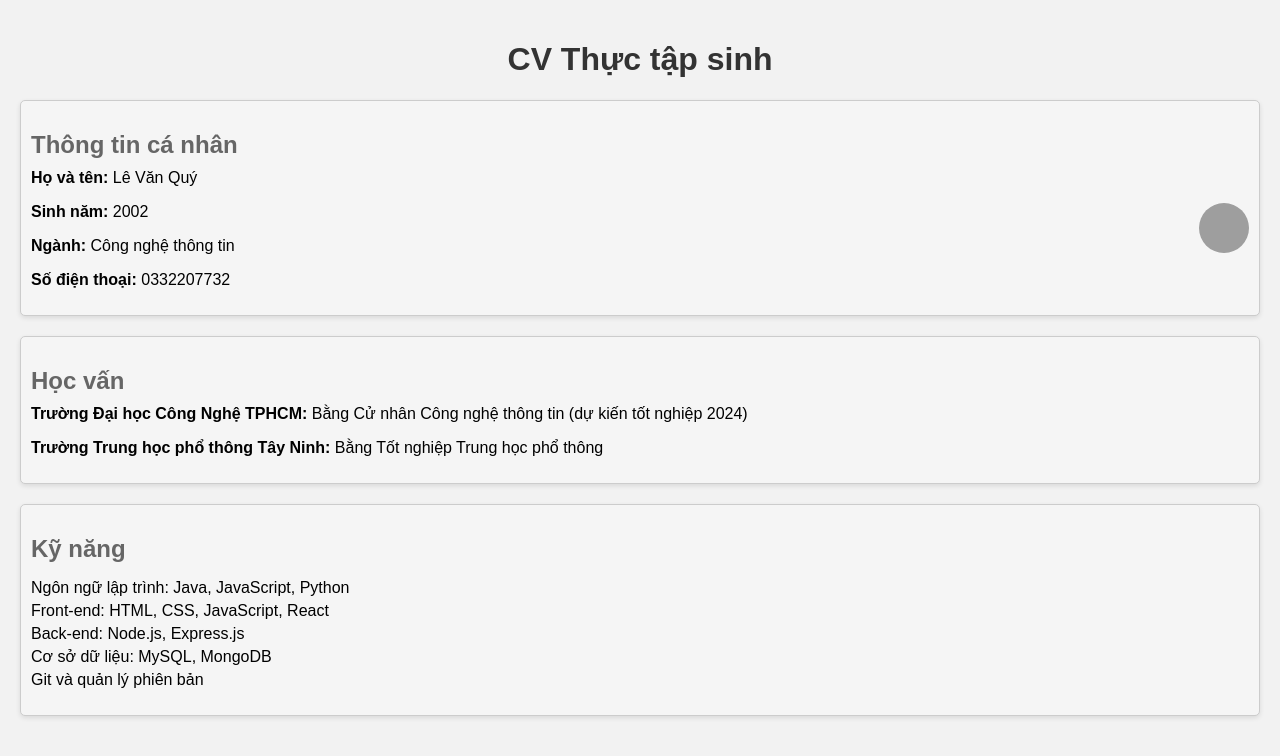
Repository: Quyed1/MonCongCu
Page: index.html
An editor plug-in stored every save of this project. The page is shown before and after the next save, followed by the edit.
The browser window is 1280 px wide. The pictures show the whole page.
Pictures or frames that could not be fetched are drawn as grey boxes.

Above is the page before, as saved 2024-03-15 10:16:47.

After the next save:
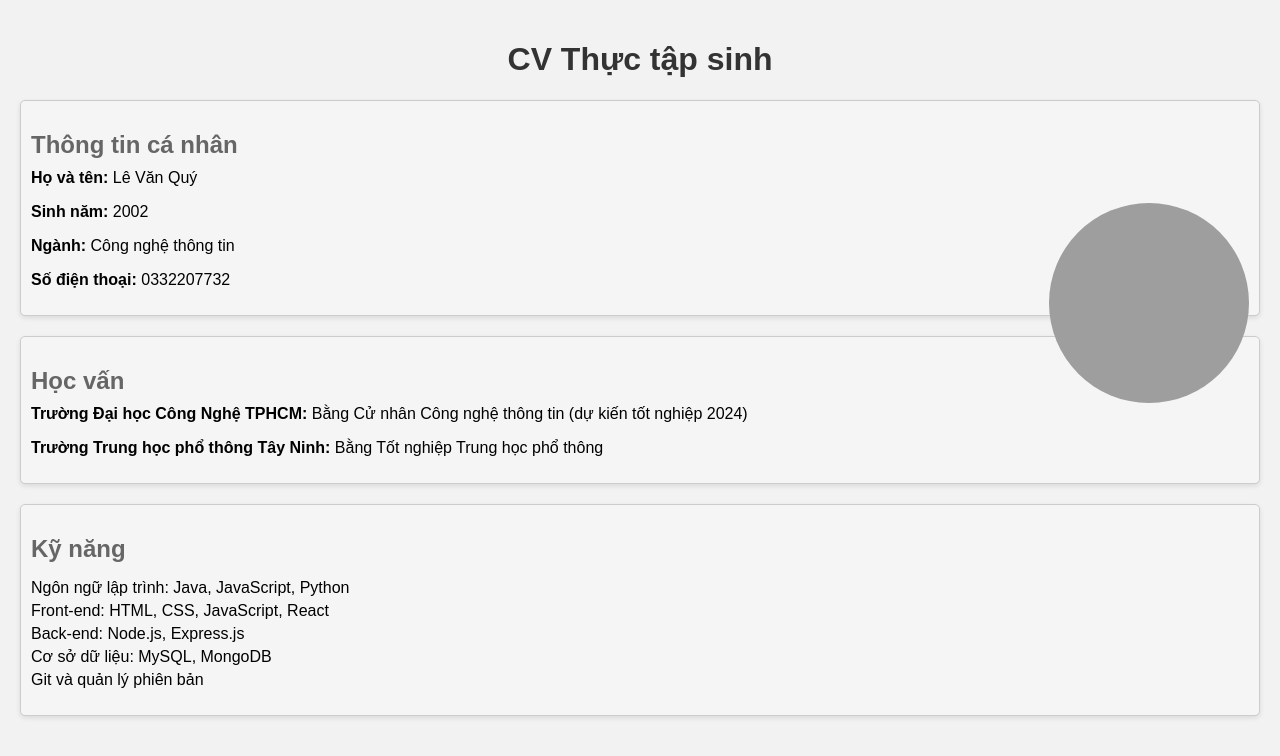
Saved 82 s later.
--- a/style.css
+++ b/style.css
@@ -59,8 +59,8 @@ body {
   }
 
   .profile-image {
-    width: 50px;
-    height: 50px;
+    width: 200px;
+    height: 200px;
     float: right;
     margin-left: 20px;
     border-radius: 50%;
